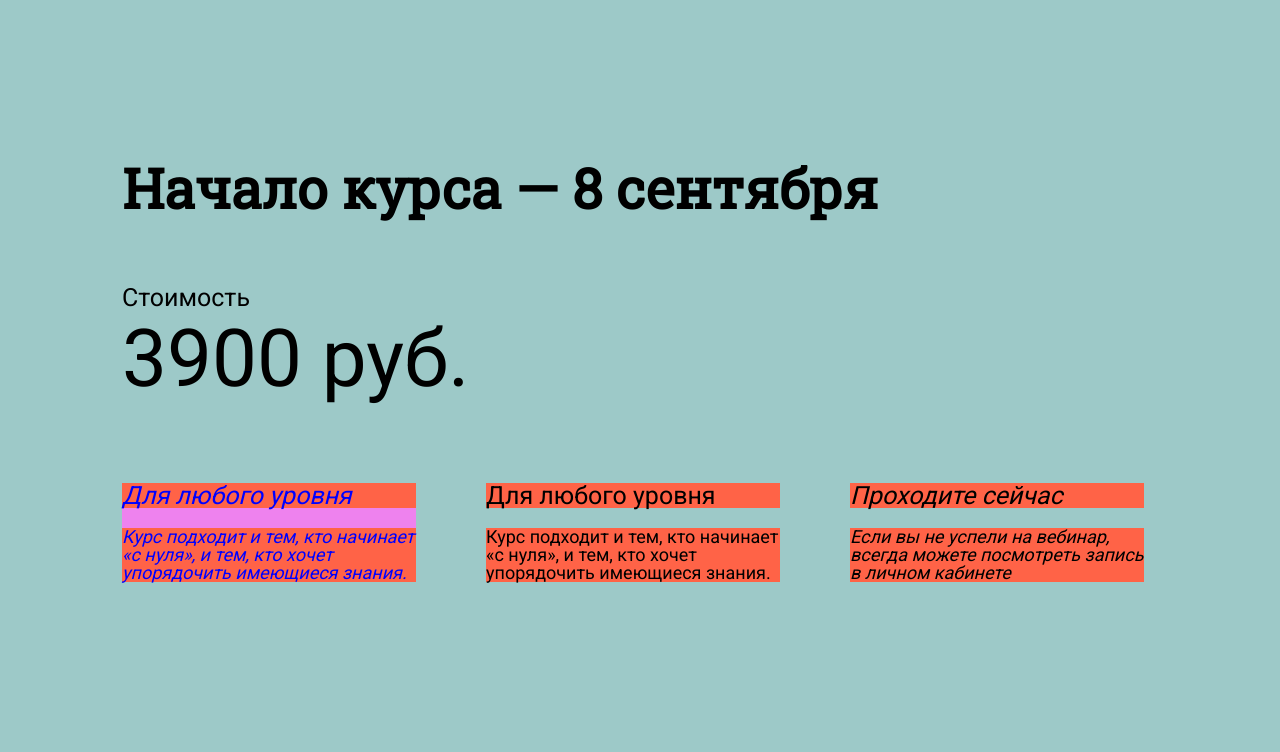
Repository: NatiqSamiyev/fiqma-task3
Page: index.html
These files come from the project's save history. The page is drawn as it stood at one moment and after a run of saves; the edit follows.
The browser window is 1280 px wide. The pictures show the whole page.

Above is the page before, as saved 2023-08-09 13:42:22.

After the next 5 saves:
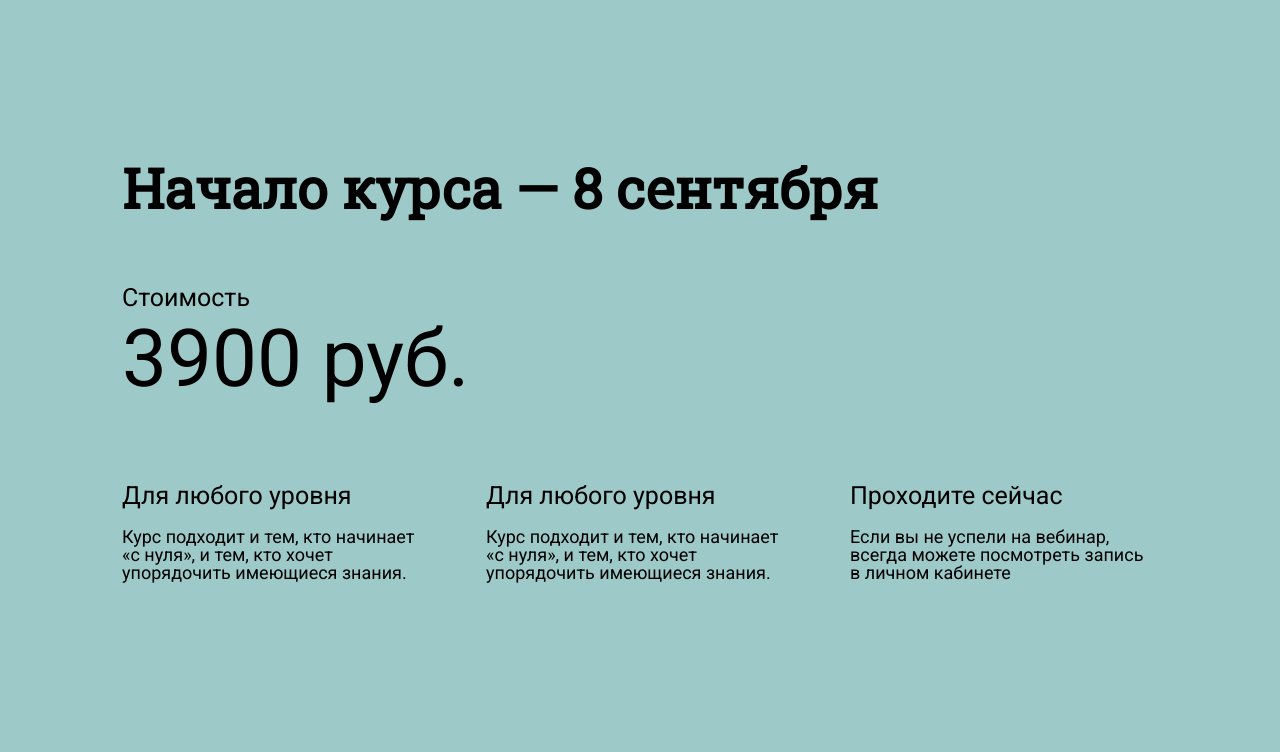
The 5 saves are shown as one change because they came seconds apart.
The last was saved 63 s later.
--- a/index.css
+++ b/index.css
@@ -54,43 +54,19 @@
 
 .container h4 {
   margin-bottom: 20px;
-  /* color: #000; */
+  color: #000;
   font-family: Roboto;
   font-size: 25px;
-  /* font-style: normal; */
+  font-style: normal;
   font-weight: 400;
   line-height: 101.385%;
 }
 
 .container p {
-  /* color: #000; */
+  color: #000;
   font-family: Roboto;
   font-size: 18px;
-  /* font-style: normal; */
+  font-style: normal;
   font-weight: 400;
   line-height: 101.385%;
 }
-/* li:last-child {
-  background-color: yellowgreen;
-}
-li:first-child {
-  background-color: violet;
-}
-li:nth-child(2) {
-  background-color: teal;
-} */
-.list-2{
-  background-color: violet;
-}
-.blue-list{
-  color: blue;
-}
-.italic{
-font-style: italic;
-}
-.list-2 .h-4{
-
-}
-h4,p{
-  background-color: tomato;
-}
